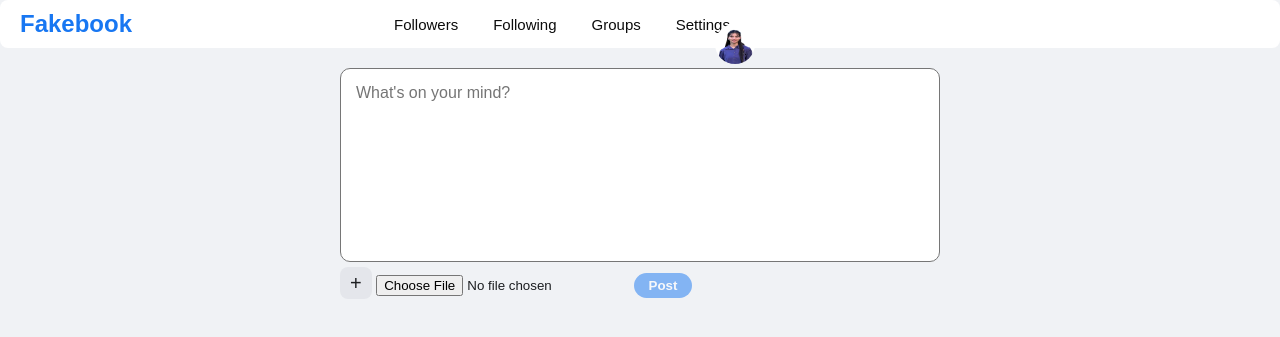
Repository: harpreetkaur2201/FAKEBOOK
Page: fakebook_profile/index.html
These files come from the project's save history. The page is drawn as it stood at one moment and after the next save; the edit follows.
The browser window is 1280 px wide. The pictures show the whole page.

Above is the page before, as saved 2025-11-14 20:00:04.

After the next save:
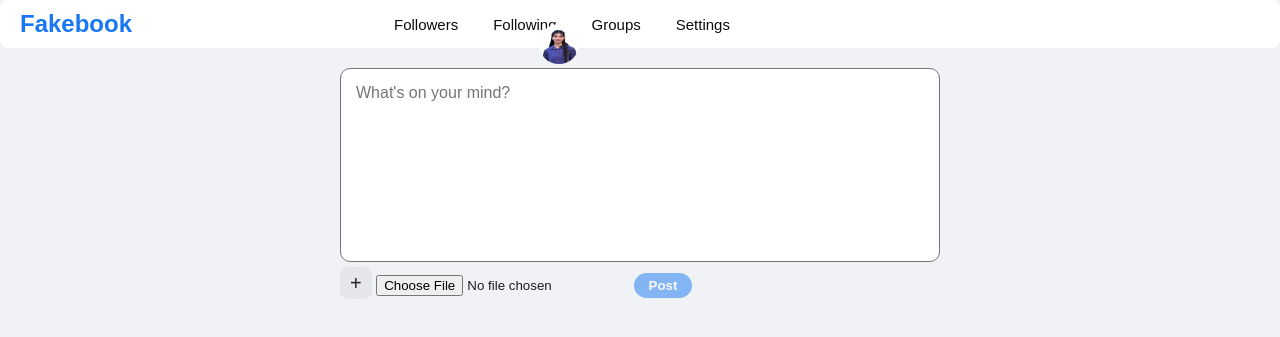
Saved 6 s later.
--- a/fakebook_profile/assets/styles/style.css
+++ b/fakebook_profile/assets/styles/style.css
@@ -59,7 +59,7 @@ header nav img.avatar {
   height: 40px;
   border-radius: 50%;
   position: absolute;
-  right: 5%;
+  right: 50%;
 }
 
 .create-post {
